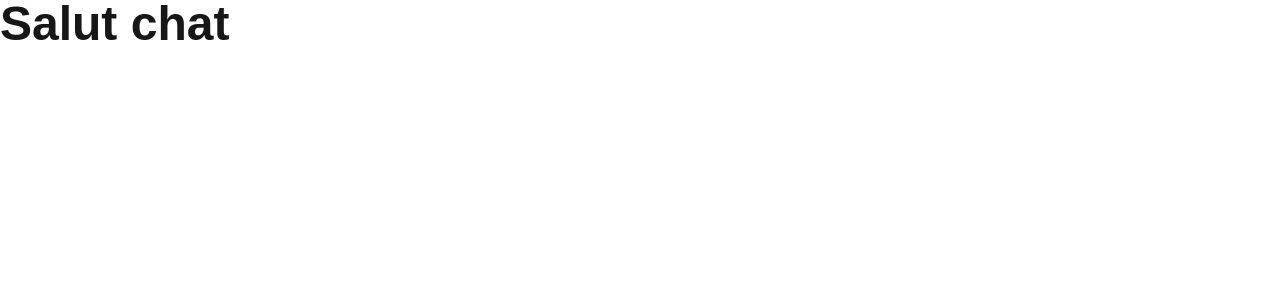
Repository: Sirinegaddour11/Calculator-App
Page: /
An editor plug-in stored every save of this project. The page is shown before and after the next save, followed by the edit.
The browser window is 1280 px wide. The pictures show the whole page.
The project was rebuilt for these pictures with package versions that can differ from the ones it lists, and the page was loaded fresh each time. The framework's server and built-in components were replaced by stand-ins that run in the browser. Also part of the build but not shown: next.config.mjs.

Above is the page before, as saved 2024-09-16 13:02:46.

### app/page.tsx
import Image from "next/image";

export default function Home() {
  return (
    <div>
      <p className="font-bold text-5xl bg-l">Salut chat</p>
    </div>
  );
}

Loaded but not shown: app/layout.tsx (common file); app/globals.css (common file); tailwind.config.ts (common file)

After the next save:
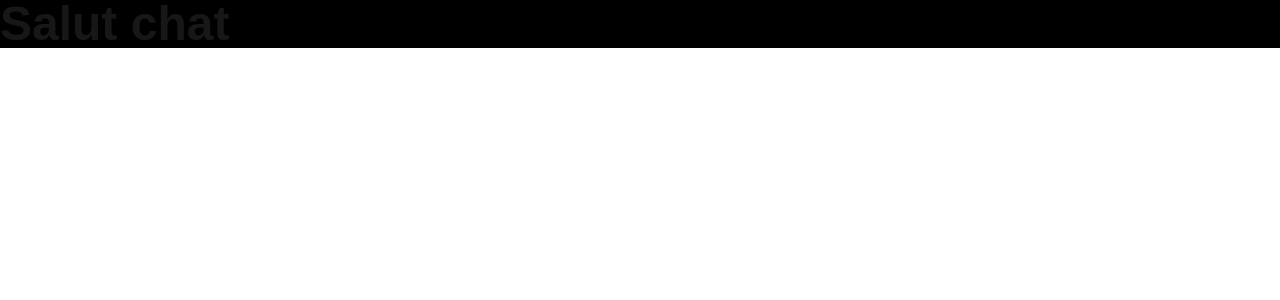
Saved 5 s later.
--- a/app/page.tsx
+++ b/app/page.tsx
@@ -3,7 +3,7 @@ import Image from "next/image";
 export default function Home() {
   return (
     <div>
-      <p className="font-bold text-5xl bg-l">Salut chat</p>
+      <p className="font-bold text-5xl bg-black">Salut chat</p>
     </div>
   );
 }
